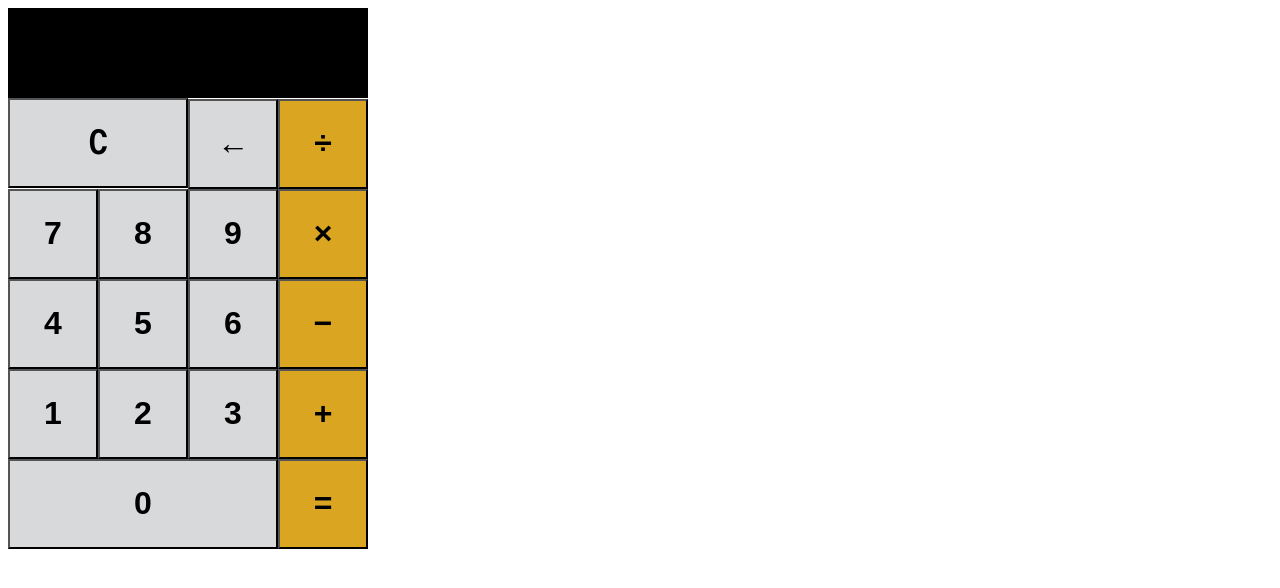
Repository: jontslater/LAB-calculator2
Page: index.html
An editor plug-in stored every save of this project. The page is shown before and after the next save, followed by the edit.
The browser window is 1280 px wide. The pictures show the whole page.

Above is the page before, as saved 2023-10-14 10:20:10.

After the next save:
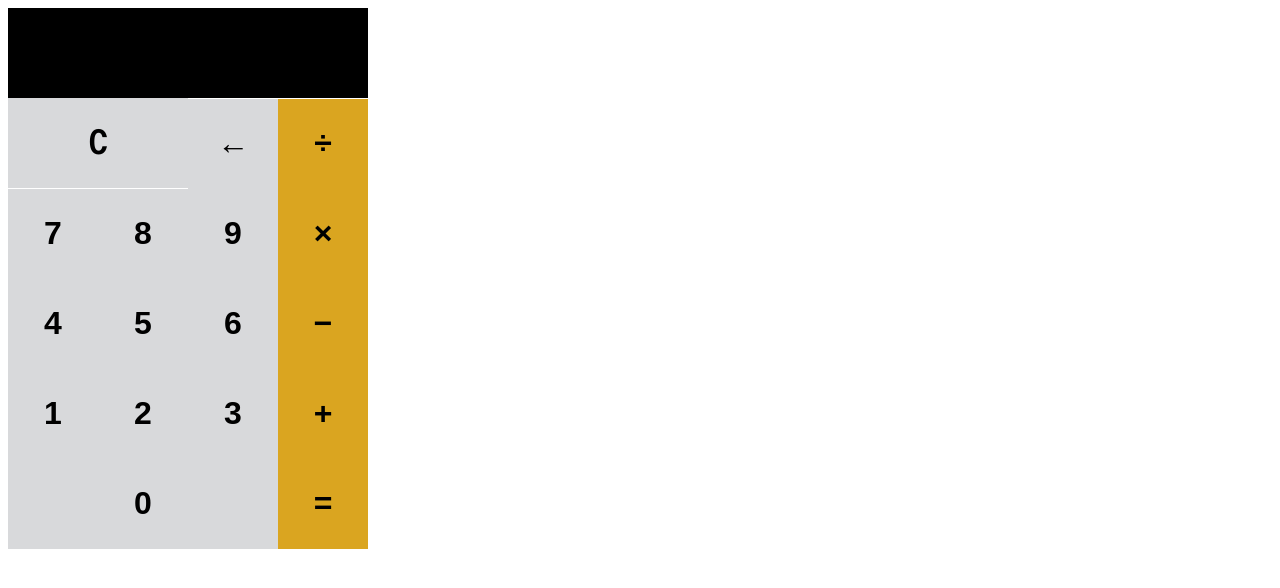
Saved 2 min 5 s later.
--- a/main.css
+++ b/main.css
@@ -16,9 +16,8 @@ body{
   width: 92px;
   font-size: xx-large;
   font-weight: bold;
+  border:none;
 }
-
-
 
 .gray{
   background-color: #d8d9db;
@@ -26,18 +25,21 @@ body{
   width: 90px;
   font-size: xx-large;
   font-weight: bold;
+  border:none;
 }
 
 .twice{
   width: 270px;
   font-size: xx-large;
   font-weight: bold;
+  border:none;
 }
 
 .three{
   width: 180px;
   font-size: xx-large;
   font-weight: bold;
+  border:none;
 }
 
 .orange{
@@ -46,6 +48,7 @@ body{
   width: 90px;
   font-size: xx-large;
   font-weight: bold;
+  border:none;
 }
 
 .box{
@@ -53,4 +56,5 @@ body{
   height: 90px;
   width: 360px;
   padding-bottom: 0%;
+  border:none;
 }
